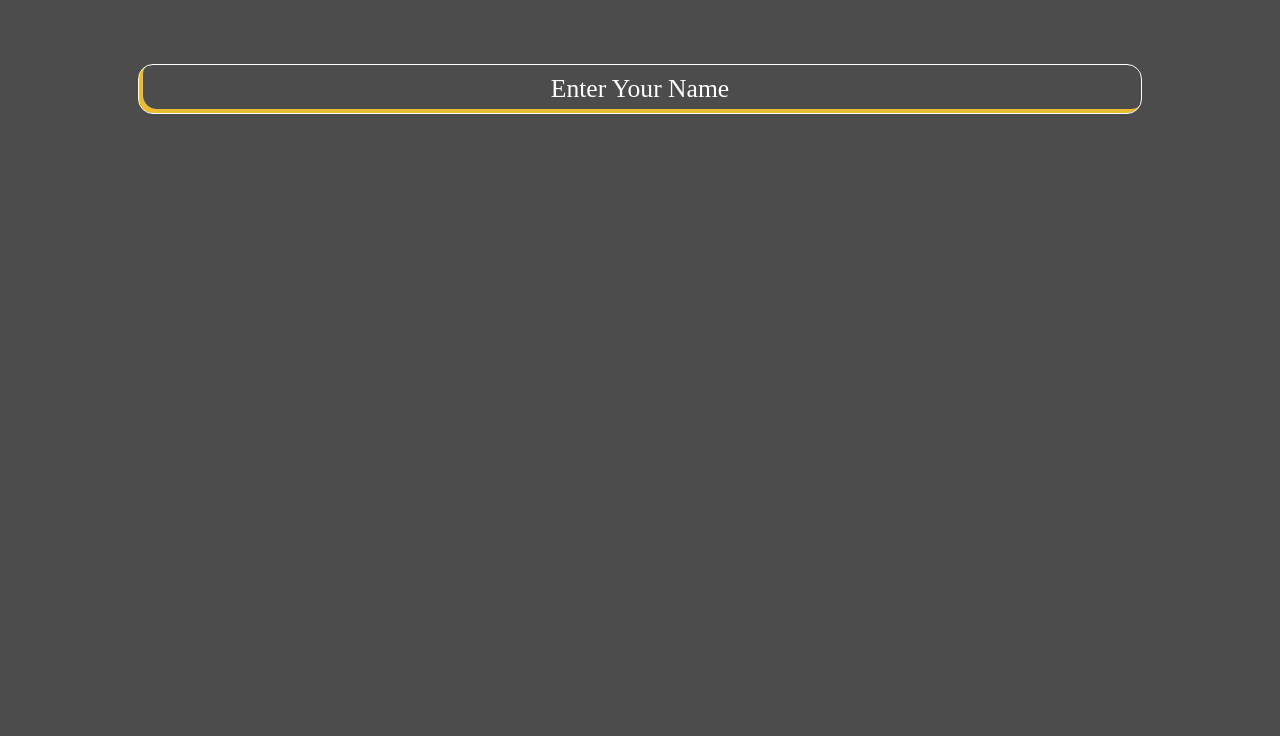
Repository: Haneef-Shaik/Greetings
Page: /
An editor plug-in stored every save of this project. The page is shown before and after the next save, followed by the edit.
The browser window is 1280 px wide. The pictures show the whole page.
The project was rebuilt for these pictures with package versions that can differ from the ones it lists, and the page was loaded fresh each time. The framework's server and built-in components were replaced by stand-ins that run in the browser. Also part of the build but not shown: next.config.js, styles/card.module.scss, components/card.js, styles/socialShare.module.scss, components/socialShare.js.

Above is the page before, as saved 2021-12-01 20:24:03.

After the next save:
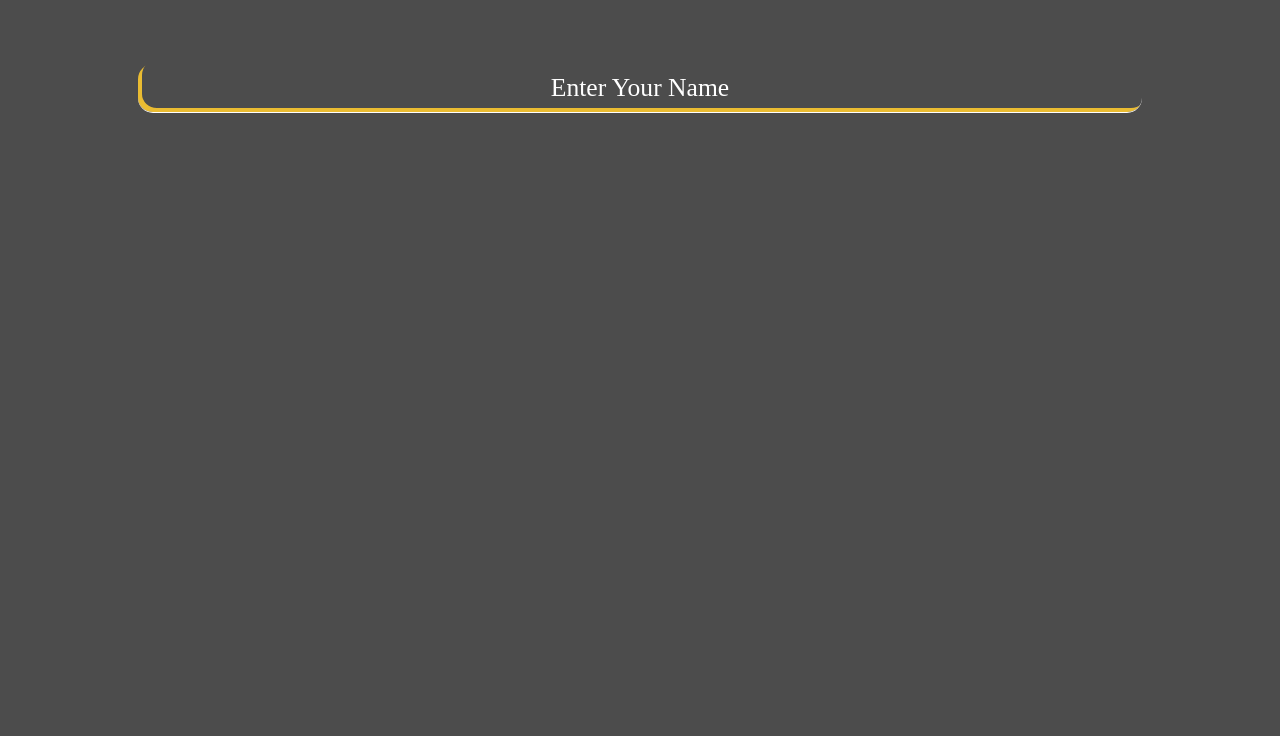
Saved 20 s later.
--- a/styles/form.module.scss
+++ b/styles/form.module.scss
@@ -8,7 +8,7 @@
         font-family: 'Times New Roman', Times, serif;
         font-size:1.6rem;
         border:none;
-        border: 1px solid #fff ;
+        border-bottom: 1px solid #fff ;
         background-color:transparent;
         border-radius:15px;
         box-shadow: inset 4px -4px 0px #EABC32;
